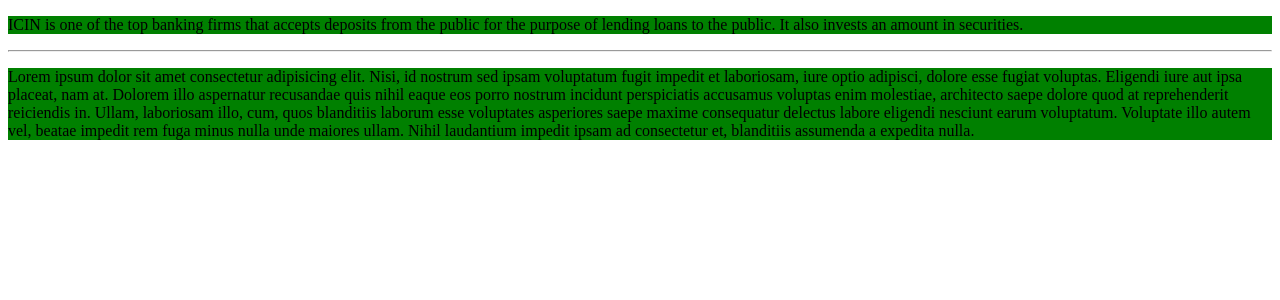
Repository: jha6435/phase3Revision
Page: http://localhost/home
An editor plug-in stored every save of this project. The page is shown before and after the next save, followed by the edit.
The browser window is 1280 px wide. The pictures show the whole page.
The page is this project's Thymeleaf template; nobody is signed in. The template is opened directly, without the code that normally fills it, so the values that code supplies are empty.

Above is the page before, as saved 2023-07-05 06:40:55.

### ICIN_Banking_Project/src/main/resources/templates/home.html
<!DOCTYPE html>
<html>
<head>
<meta charset="ISO-8859-1">
<title>Insert title here</title>
    <style>
p{background-color:green}

   </style>
</head>
<body background-color:yellow>
<p>ICIN is one of the top banking firms that accepts deposits from the public for the purpose of lending loans to the public. It also invests an amount in securities.<p>
<hr>
<p> Lorem ipsum dolor sit amet consectetur adipisicing elit. Nisi, id nostrum sed ipsam
voluptatum fugit impedit et laboriosam, iure optio adipisci, dolore esse fugiat voluptas.
Eligendi iure aut ipsa placeat, nam at. Dolorem illo aspernatur recusandae quis nihil eaque eos porro nostrum
 incidunt perspiciatis accusamus voluptas enim molestiae, architecto saepe dolore quod at reprehenderit
 reiciendis in. Ullam, laboriosam illo, cum, quos blanditiis laborum esse voluptates asperiores saepe maxime
  consequatur delectus labore eligendi nesciunt earum voluptatum. Voluptate illo autem vel, beatae impedit
  rem fuga minus nulla unde maiores ullam. Nihil laudantium impedit ipsam ad consectetur et,
 blanditiis assumenda a expedita nulla.</p>
</body>
</html>

After the next save:
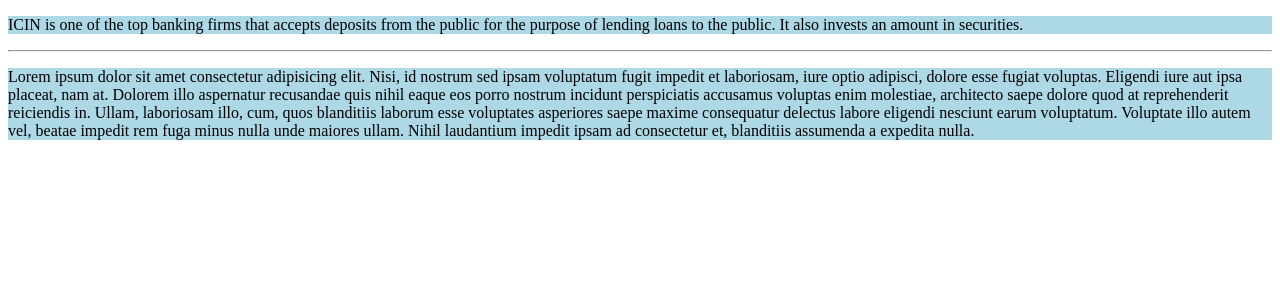
Saved 27 s later.
--- a/ICIN_Banking_Project/src/main/resources/templates/home.html
+++ b/ICIN_Banking_Project/src/main/resources/templates/home.html
@@ -4,7 +4,7 @@
 <meta charset="ISO-8859-1">
 <title>Insert title here</title>
     <style>
-p{background-color:green}
+p{background-color:lightblue}
 
    </style>
 </head>
